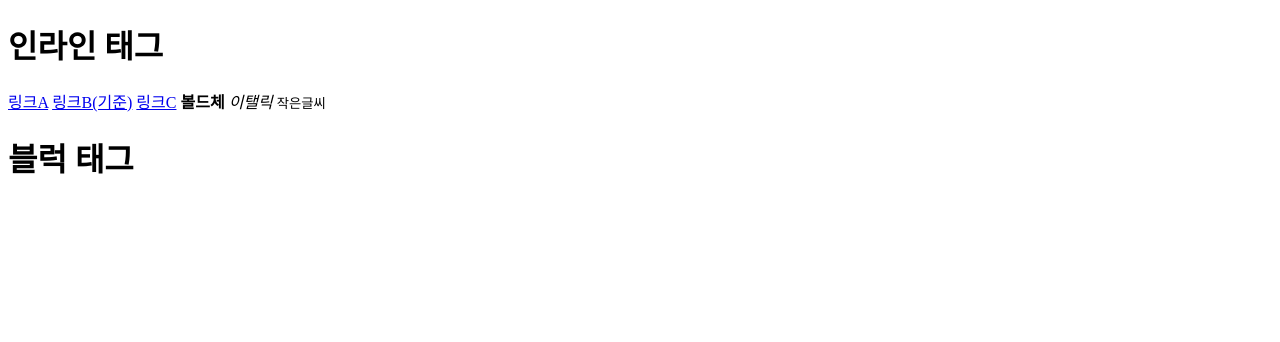
Repository: Hwang-97/HhwDesktop
Page: client/ClientTest/src/main/webapp/html/ex13_tag.html
An editor plug-in stored every save of this project. The page is shown before and after the next save, followed by the edit.
The browser window is 1280 px wide. The pictures show the whole page.

Above is the page before, as saved 2021-12-10 02:45:12.

After the next save:
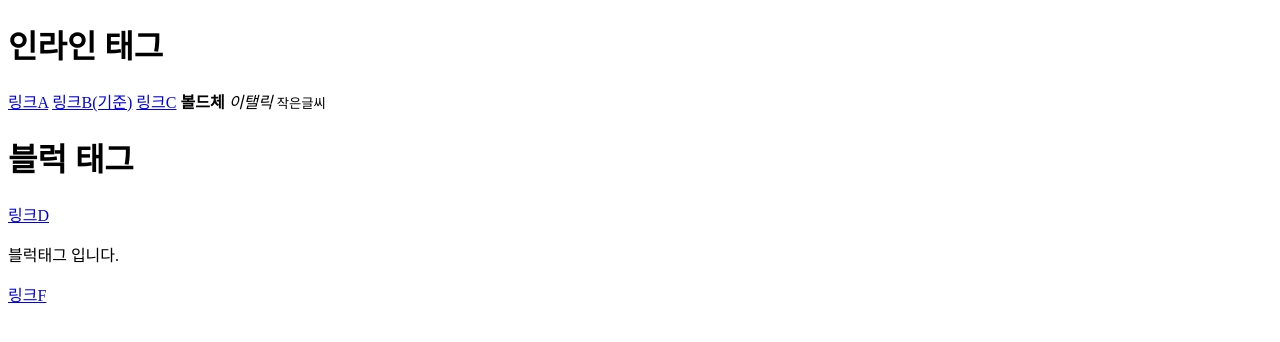
Saved 64 s later.
--- a/client/ClientTest/src/main/webapp/html/ex13_tag.html
+++ b/client/ClientTest/src/main/webapp/html/ex13_tag.html
@@ -14,5 +14,8 @@
 	<small>작은글씨</small>
 
 <h1>블럭 태그</h1>
+	<a href="#!">링크D</a>
+	<p>블럭태그 입니다.</p>
+	<a href="#!">링크F</a>
 </body>
 </html>
